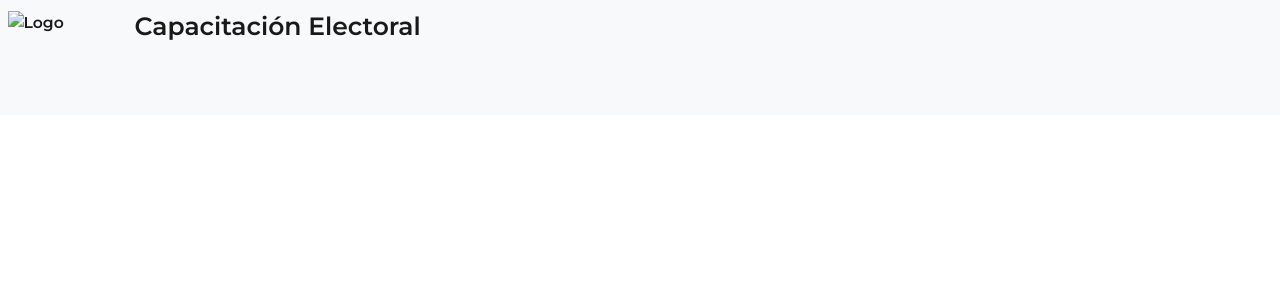
Repository: AlejandroJesusSerrano/capacitacion_electoral
Page: index.html
These files come from the project's save history. The page is drawn as it stood at one moment and after the next save; the edit follows.
The browser window is 1280 px wide. The pictures show the whole page.
Some web fonts or font styles are not loaded; a fallback is used.

Above is the page before, as saved 2023-07-16 11:10:45.
Not found: img/logo_secreatría.svg

After the next save:
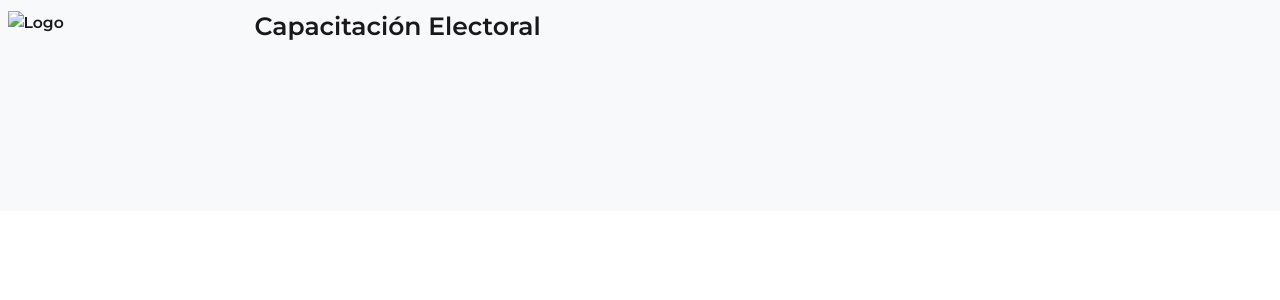
Saved 21 s later.
--- a/index.html
+++ b/index.html
@@ -11,7 +11,7 @@
   <nav class="navbar bg-light">
     <div class="container-fluid">
       <a class="navbar-brand nav-title" href="#">
-        <img src="./img/logo_secreatría.svg" alt="Logo" width="120" height="96" class="d-inline-block align-text-top">
+        <img src="./img/logo_secreatría.svg" alt="Logo" width="240" height="192" class="d-inline-block align-text-top">
         Capacitación Electoral
       </a>
     </div>
